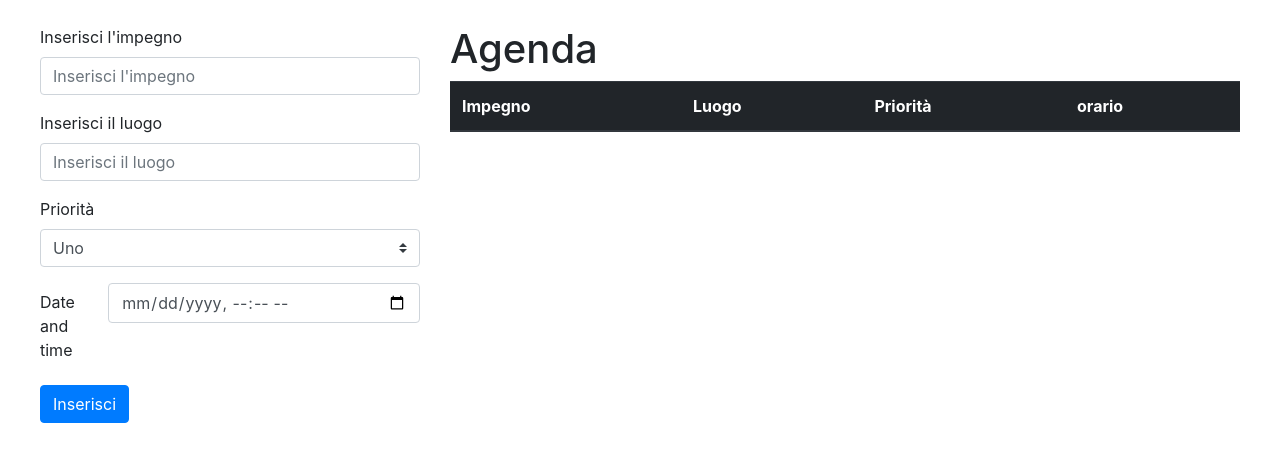
Repository: robertobellardi/eclipse
Page: Agenda/WebContent/index.html
These files come from the project's save history. The page is drawn as it stood at one moment and after the next save; the edit follows.
The browser window is 1280 px wide. The pictures show the whole page.
Some web libraries are served in a nearby version.

Above is the page before, as saved 2020-01-27 10:29:27.

After the next save:
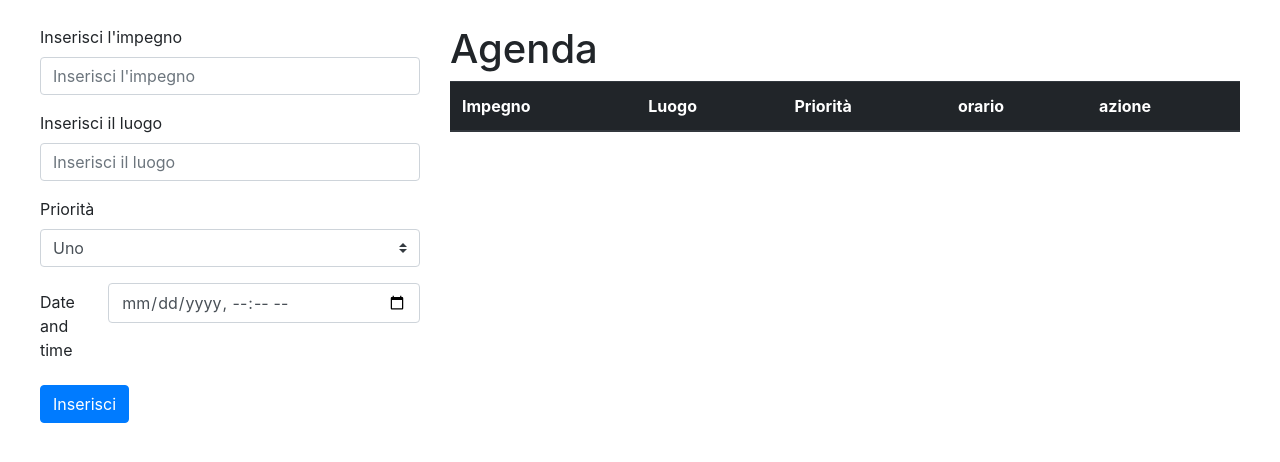
Saved 39 min 14 s later.
--- a/Agenda/WebContent/index.html
+++ b/Agenda/WebContent/index.html
@@ -57,6 +57,7 @@
 				      <th scope="col">Luogo</th>
 				      <th scope="col">Priorità</th>
 				      <th scope="col">orario</th>
+				      <th scope="col">azione</th>
 			    	</tr>
 		  		</thead>
 		  		<tbody id="tablebody">
